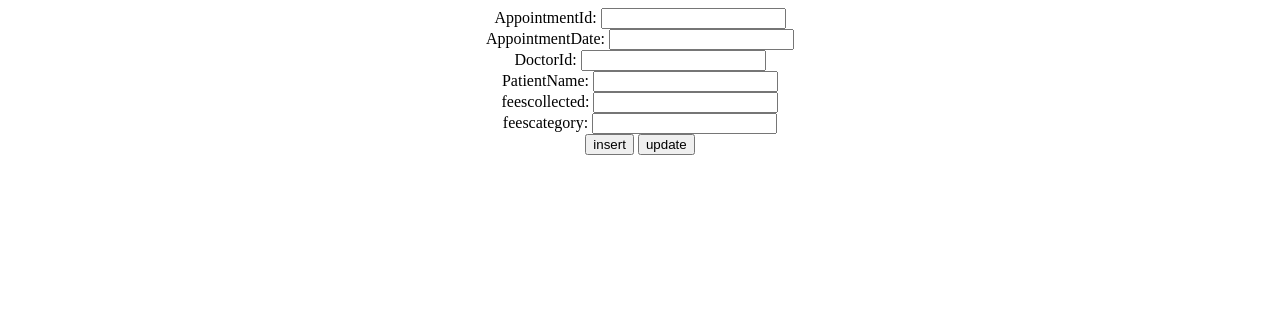
Repository: poobalan5397/corejava
Page: firstWebsite/src/main/webapp/appoints.html
The author's editor kept a copy of each file at every save. The page is drawn from the files as they stood at one save, then again after the next save.
The browser window is 1280 px wide. The pictures show the whole page.

Above is the page before, as saved 2022-05-23 16:53:11.

### firstWebsite/src/main/webapp/appoints.html
<!DOCTYPE html>
<html>
<head>
<meta charset="ISO-8859-1">
<title>appoints</title>
</head>
<body>
<form action="Appoint" method="post">
<center>
AppointmentId: <input type='text' name='aid'>
<div>
</div>
AppointmentDate: <input type='text' name='date'>
<div>
</div>
DoctorId: <input type='text' name='did'>
<div>
</div>
PatientName: <input type='tex't name='patientName'>
<div>
</div>
feescollected: <input type='text' name='fees'>
<div>
</div>
feescategory: <input type='text' name='catagery'>
<div>
</div>
<input type="submit" value='insert' name='submit'>
<input type="submit" value='update' name='submit'>
</center>
</form>
</body>
</html>

After the next save:
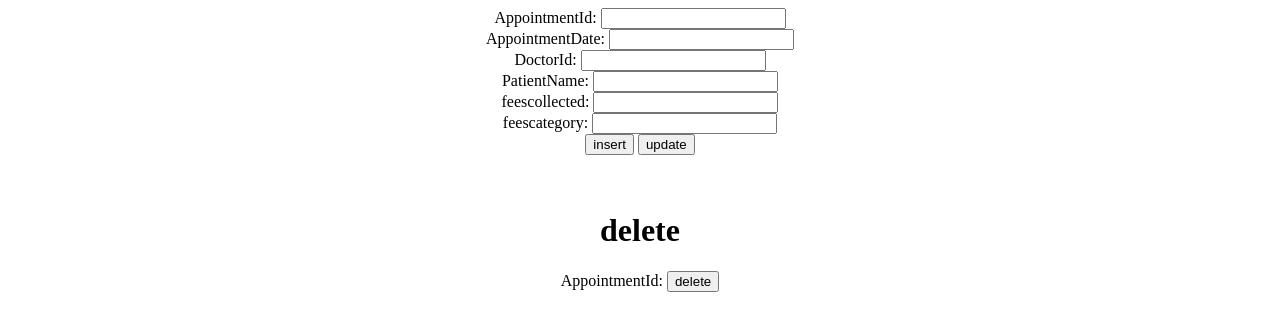
Saved 2 h 1 min later.
--- a/firstWebsite/src/main/webapp/appoints.html
+++ b/firstWebsite/src/main/webapp/appoints.html
@@ -27,6 +27,12 @@ feescategory: <input type='text' name='catagery'>
 </div>
 <input type="submit" value='insert' name='submit'>
 <input type="submit" value='update' name='submit'>
+<br>
+<br>
+<br>
+<h1>delete</h1>
+AppointmentId: <input type="submit" value=delete name='aid'>
+
 </center>
 </form>
 </body>
